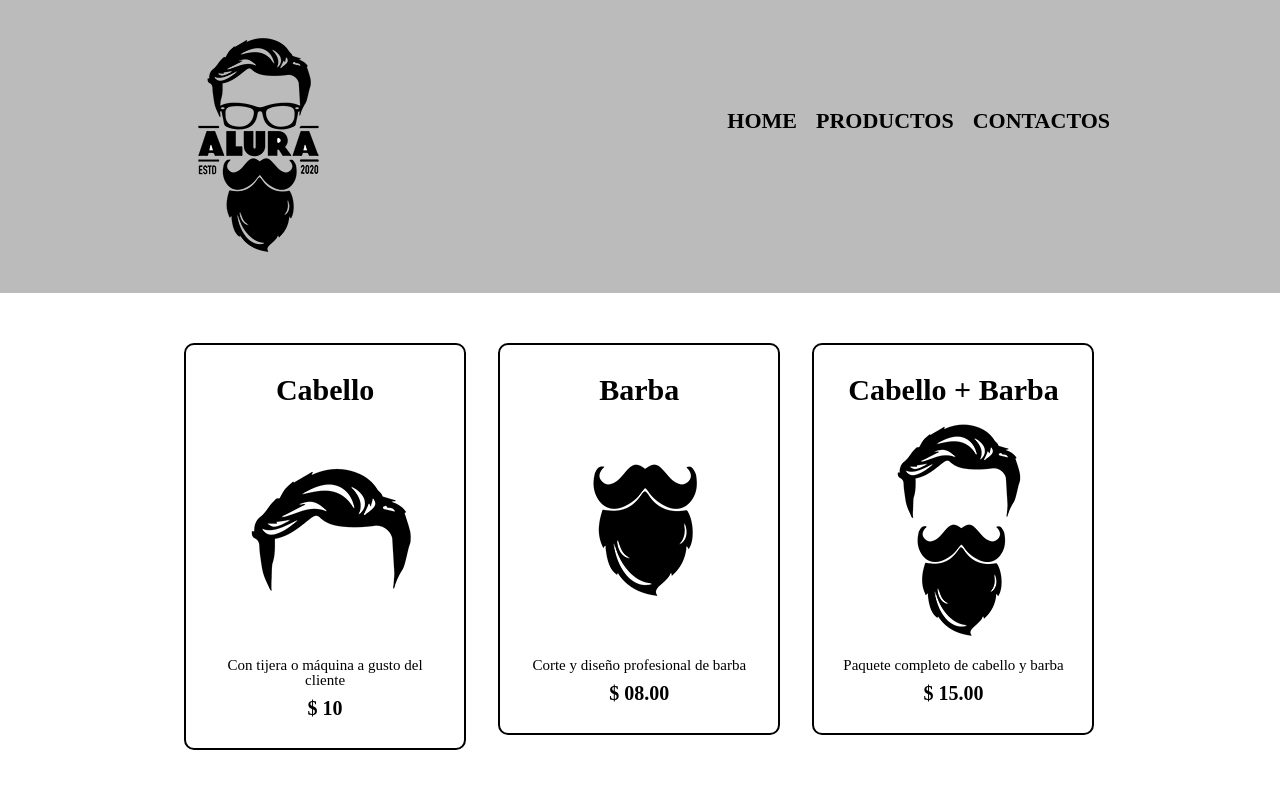
Repository: Ciromontes/Barber-a
Page: productos.html
These files come from the project's save history. The page is drawn as it stood at one moment and after the next save; the edit follows.
The browser window is 1280 px wide. The pictures show the whole page.
The pointer rests on the first visible `.productos li`.

Above is the page before, as saved 2022-12-23 22:07:11.

After the next save:
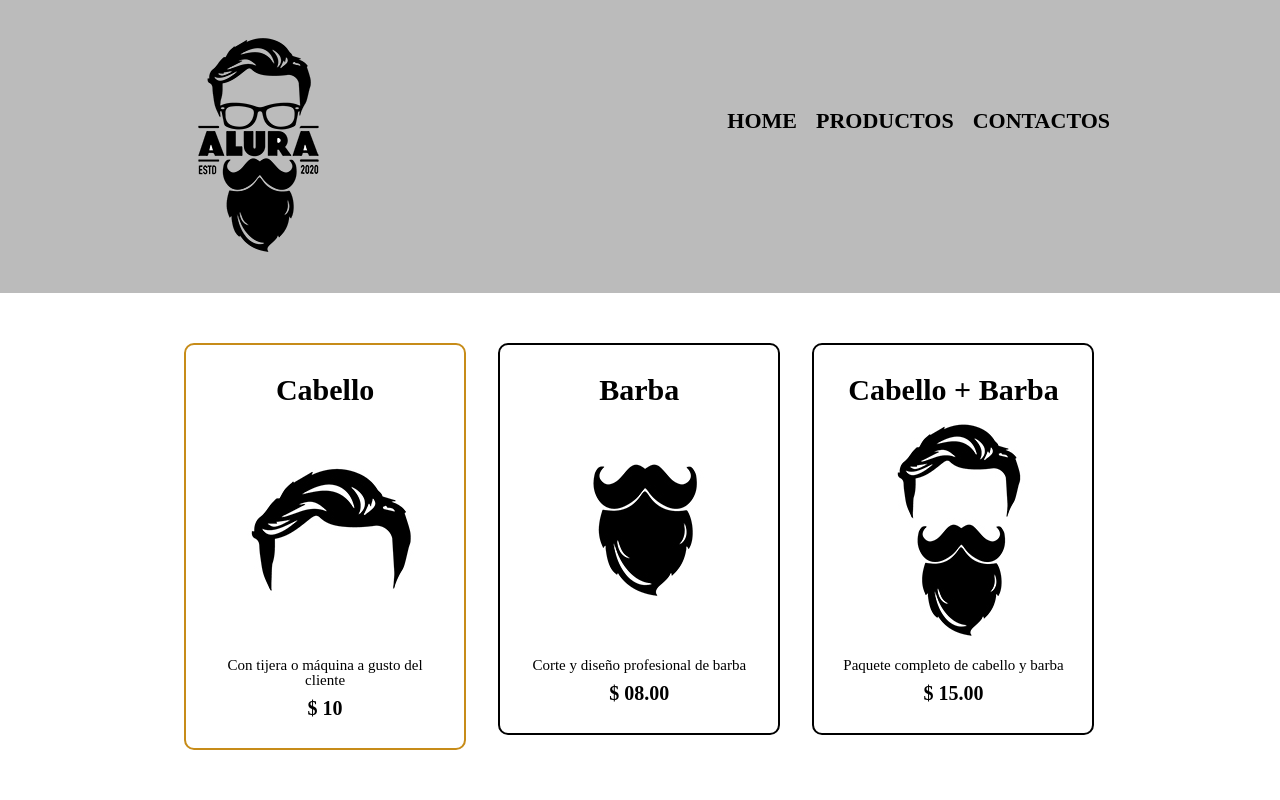
Saved 7 min 24 s later.
--- a/productos.css
+++ b/productos.css
@@ -54,6 +54,10 @@
 
 
 }
+.productos li:hover{
+    border-color: #c78c19;
+
+}
 
 .productos h2{
     text-align: center;
